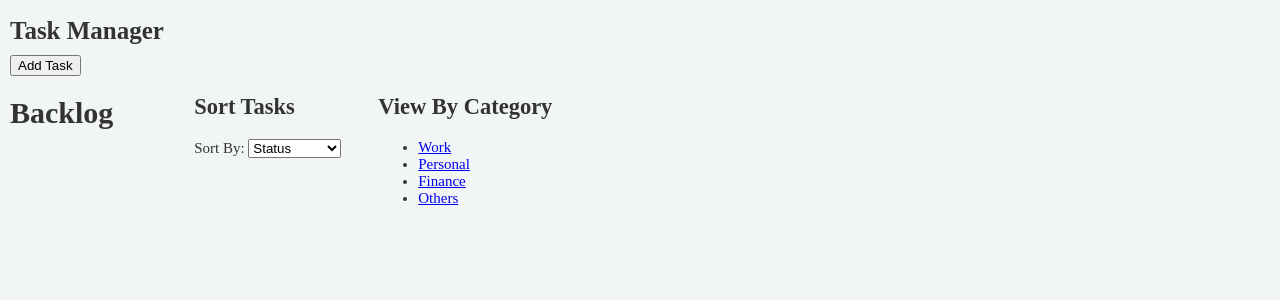
Repository: n-shen/task-tracker
Page: / (app in frontend/)
These files come from the project's save history. The page is drawn as it stood at one moment and after the next save; the edit follows.
The browser window is 1280 px wide. The pictures show the whole page.
The project was rebuilt for these pictures with package versions that can differ from the ones it lists, and the page was loaded fresh each time. Also part of the build but not shown: frontend/src/components/taskManager/addTask.jsx, frontend/src/components/tasks/task.jsx, frontend/src/components/taskManager/categoryTasks.jsx. Imported but missing from the stored project, and not drawn on this page: frontend/src/reportWebVitals.

Above is the page before, as saved 2023-04-20 13:17:00.

After the next save:
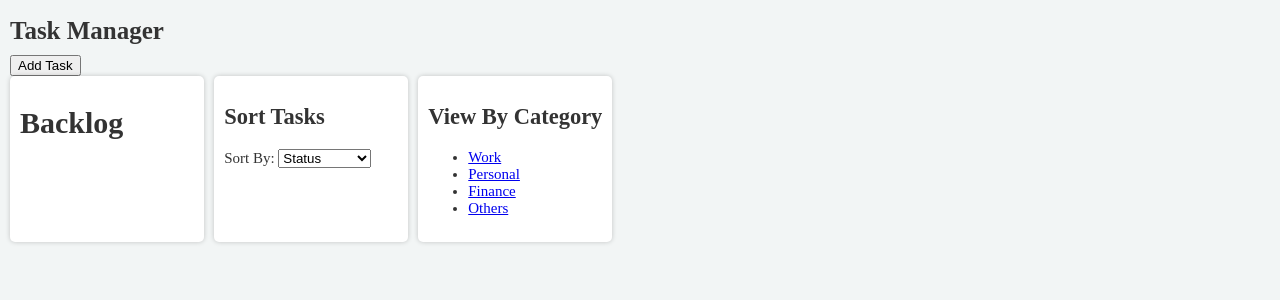
Saved 85 s later.
--- a/frontend/src/styles/manager.css
+++ b/frontend/src/styles/manager.css
@@ -25,5 +25,12 @@
     display: grid;
     grid-template-columns: repeat(3, minmax(min-content, 1fr));
     grid-gap: 1rem;
-    /* width: 100%; */
+    width: 100%;
 }
+
+.taskManager--grid > div {
+    background-color: #fff;
+    border-radius: 0.5rem;
+    padding: 1rem;
+    box-shadow: 0 0 0.5rem rgba(0, 0, 0, 0.2);
+}
